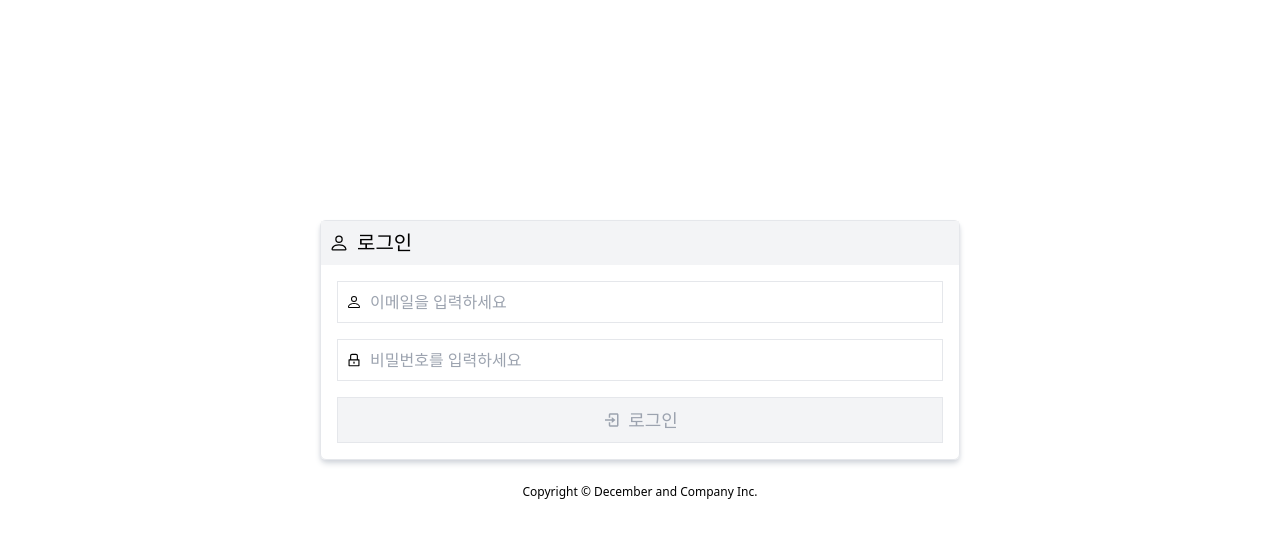
Repository: wanted-pre-onboarding-4/pre-onboarding-assignment-week-4-1-team-4
Page: /login (app in client/)
An editor plug-in stored every save of this project. The page is shown before and after a run of saves, followed by the edit.
The browser window is 1280 px wide. The pictures show the whole page.
The project was rebuilt for these pictures with package versions that can differ from the ones it lists, and the page was loaded fresh each time. Also part of the build but not shown: client/src/components/Footer.jsx, client/src/components/Header.jsx, client/src/components/Sider.jsx, client/src/components/Layout.jsx.

Above is the page before, as saved 2022-09-20 21:22:51.

### client/src/index.js
import React from 'react';
import ReactDOM from 'react-dom/client';
import App from './App';
import "./index.css"
const root = ReactDOM.createRoot(document.getElementById('root'));
root.render(
  <React.StrictMode>
    <App />
  </React.StrictMode>
);

### client/src/App.js
import { BrowserRouter as Router, Routes, Route } from 'react-router-dom';
import Layout from './components/Layout';
import Login from './pages/login/Login';

function App() {
  return (
    <Router>
      <Routes>
        <Route path="/login" element={<Login/>} />
        <Route element={<Layout />}>
          <Route path="/" element={<div>홈</div>} />
          <Route path="/users" element={<div>유저 목록 페이지</div>} />
          <Route path="/users/:user_id" element={<div>유저 상세 페이지</div>} />
          <Route path="/accounts" element={<div>계좌 목록 페이지</div>} />
          <Route path="/accounts/:account_id" element={<div>계좌 상세 페이지</div>} />
          <Route path="*" element={<div>404페이지</div>} />
        </Route>
      </Routes>
    </Router>
  );
}

export default App;

### client/src/index.css
#root{
  display: flex;
  height:100vh;
}

@tailwind base;
@tailwind components;
@tailwind utilities;

### client/src/pages/login/Login.jsx
import React from 'react';
import { BsPerson } from 'react-icons/bs';
import { AiOutlineLock } from 'react-icons/ai';
import { BiLogIn } from 'react-icons/bi';

const Login = () => {
  return (
    <div className='flex flex-col justify-center items-center w-full gap-y-6'>
      <div className='border-solid border-[1px] rounded-md shadow-md shadow-gray-300 w-1/2'>
        <div className="flex items-center justify-start space-x-2 p-2 font-medium text-xl bg-gray-100">
          <BsPerson />
          <h1>로그인</h1>
        </div>
        <form className='flex flex-col gap-y-4 p-4'>
          <label className="flex items-center space-x-2 border-solid border-[1px] p-2">
            <BsPerson />
            <input type="email" placeholder="이메일을 입력하세요" className='outline-none' />
          </label>
          <label className="flex items-center space-x-2 border-solid border-[1px] p-2">
            <AiOutlineLock />
            <input type="password" placeholder="비밀번호를 입력하세요" className='outline-none' />
          </label>
          <button
            className="flex items-center justify-center space-x-2 w-full text-lg border-solid border-[1px] p-2 disabled:text-gray-400 disabled:bg-gray-100"
            disabled={true}
          >
            <BiLogIn />
            <span>로그인</span>
          </button>
        </form>
      </div>
        <p className='text-xs'>Copyright © December and Company Inc.</p>
    </div>
  );
};

export default Login;

Loaded but not shown: client/public/index.html (common file); client/tailwind.config.js (common file)

After the next 2 saves:
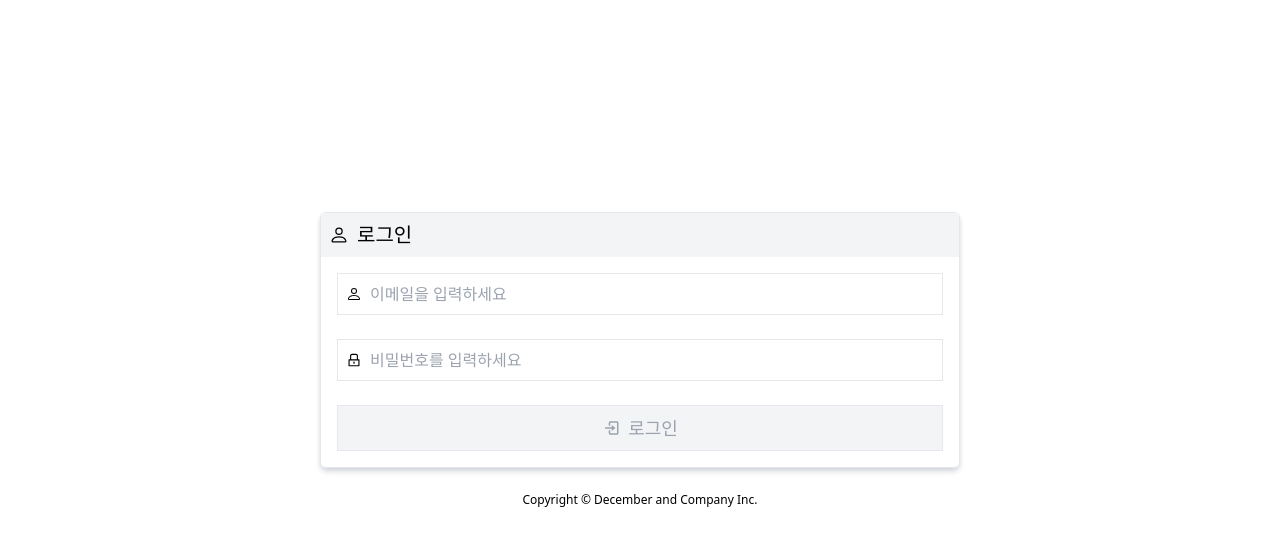
The 2 saves are shown as one change because they came seconds apart.
The last was saved 8 s later.
--- a/client/src/pages/login/Login.jsx
+++ b/client/src/pages/login/Login.jsx
@@ -11,7 +11,7 @@ const Login = () => {
           <BsPerson />
           <h1>로그인</h1>
         </div>
-        <form className='flex flex-col gap-y-4 p-4'>
+        <form className='flex flex-col gap-y-6 p-4'>
           <label className="flex items-center space-x-2 border-solid border-[1px] p-2">
             <BsPerson />
             <input type="email" placeholder="이메일을 입력하세요" className='outline-none' />
